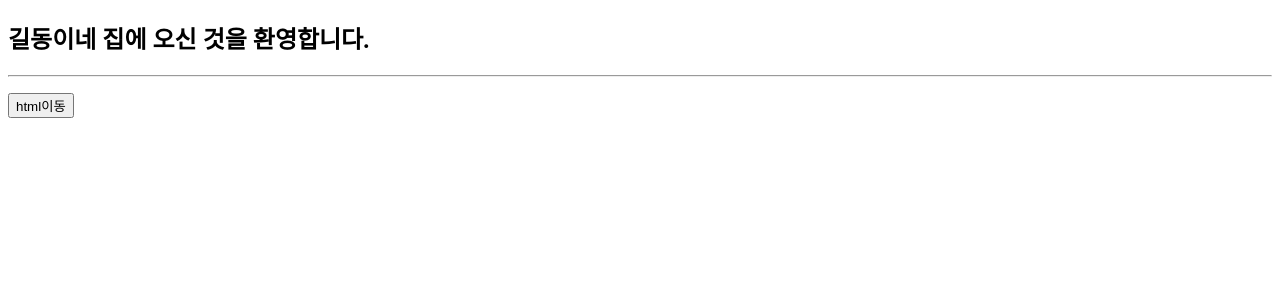
Repository: asfsdw/springBoot
Page: demo1/src/main/resources/static/index.html
These files come from the project's save history. The page is drawn as it stood at one moment and after the next save; the edit follows.
The browser window is 1280 px wide. The pictures show the whole page.

Above is the page before, as saved 2025-10-29 08:30:33.

After the next save:
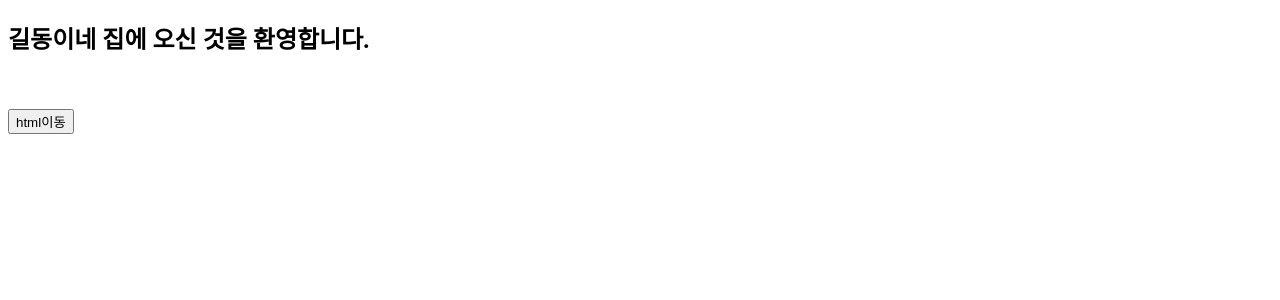
Saved 16 s later.
--- a/demo1/src/main/resources/static/index.html
+++ b/demo1/src/main/resources/static/index.html
@@ -6,7 +6,7 @@
 </head>
 <body>
 	<h2>길동이네 집에 오신 것을 환영합니다.</h2>
-	<p><hr/></p>
+	<p><br/></p>
 	<input type="button" value="html이동" onclick="location.href='localhost:9091/'" />
 </body>
 </html>
